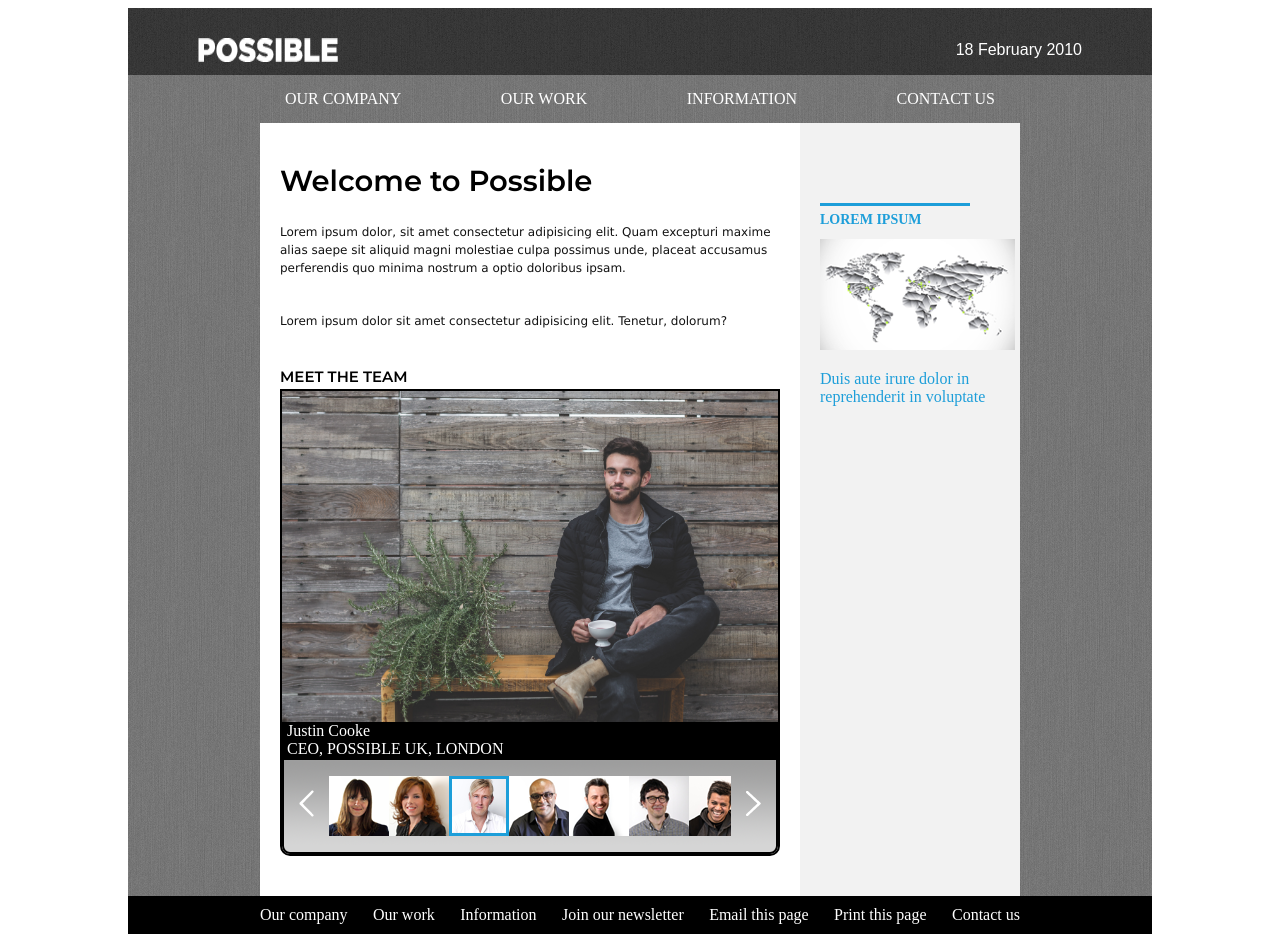
Repository: grzegorzgebala/possible-site
Page: index.html
An editor plug-in stored every save of this project. The page is shown before and after a run of saves, followed by the edit.
The browser window is 1280 px wide. The pictures show the whole page.
The style sheet was rebuilt from its Sass, Less or Tailwind sources for each picture, by a compiler version that may differ from the author's.

Above is the page before, as saved 2020-02-16 17:05:58.

After the next 2 saves:
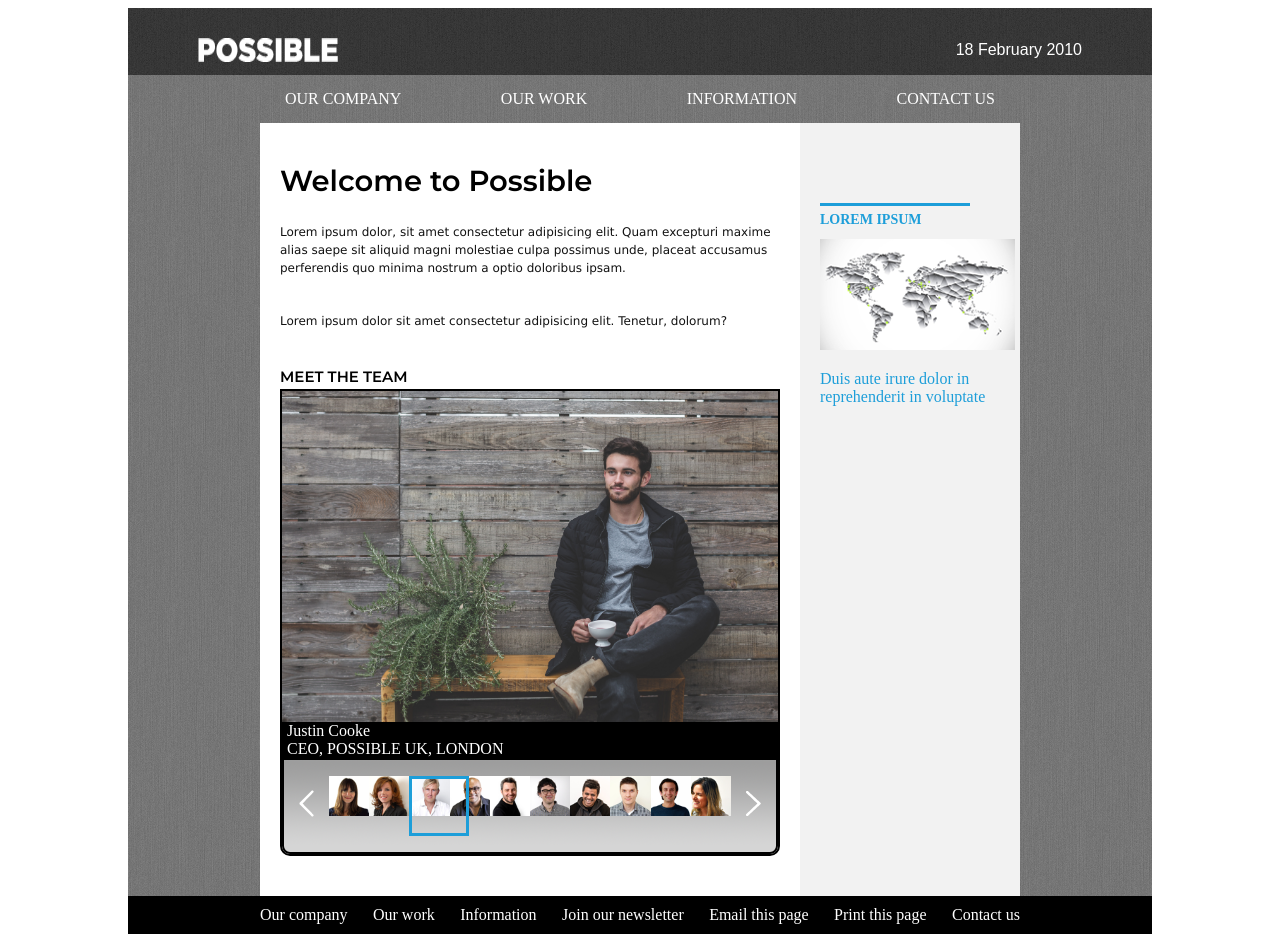
The 2 saves are shown as one change because they came seconds apart.
The last was saved 19 s later.
--- a/sass/style.scss
+++ b/sass/style.scss
@@ -134,9 +134,9 @@
                         // margin-right: 10px;
                         height: 60px;
                         width: 60px;
-                        img {
-
-                            // width: 100%;
+                        .carouselImage {
+
+                            width: 100%;
                             object-fit: cover;
                         }
                     }

After the save that followed:
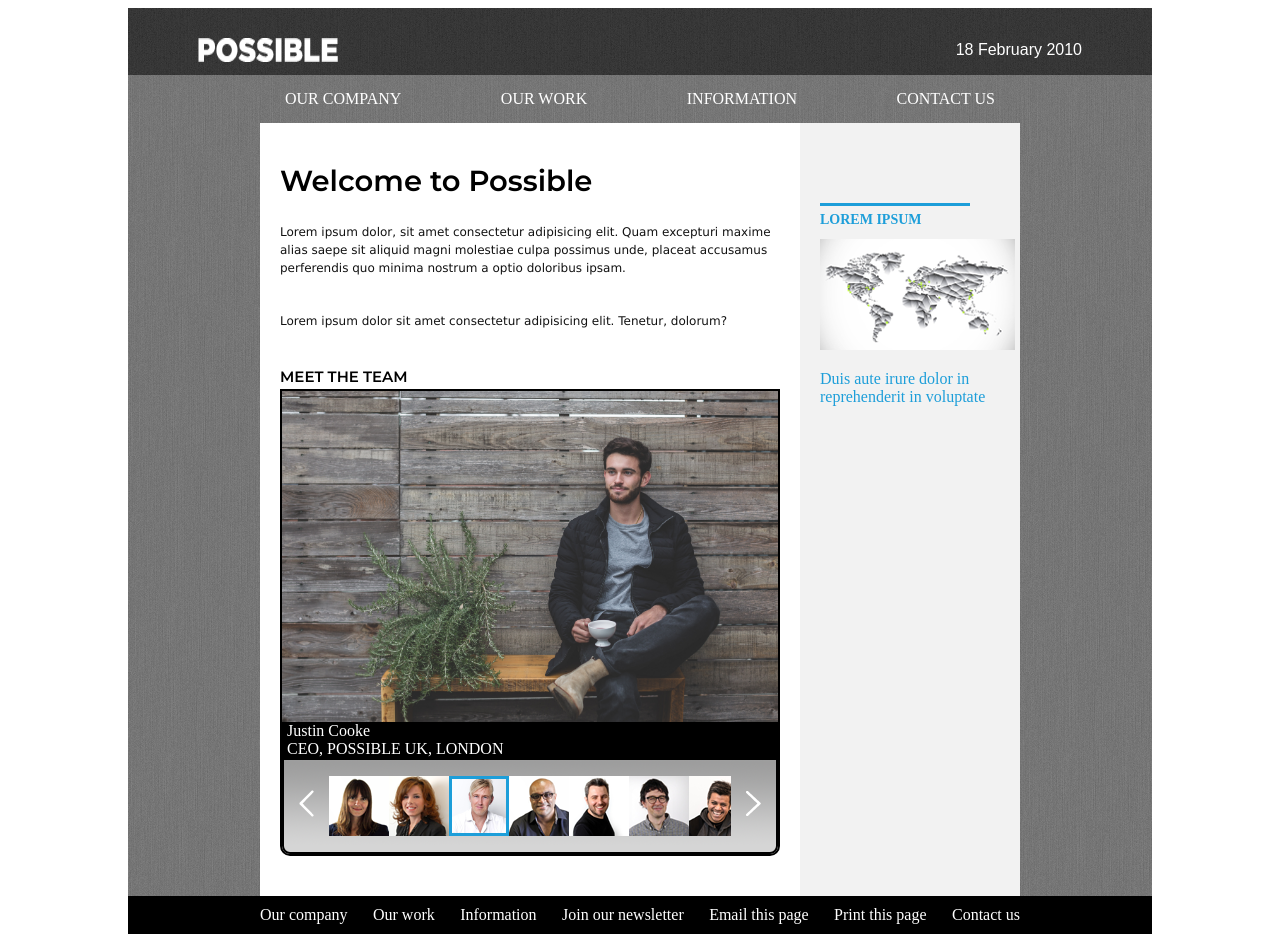
Saved 5 s later.
--- a/sass/style.scss
+++ b/sass/style.scss
@@ -136,7 +136,7 @@
                         width: 60px;
                         .carouselImage {
 
-                            width: 100%;
+                            // width: 100%;
                             object-fit: cover;
                         }
                     }
